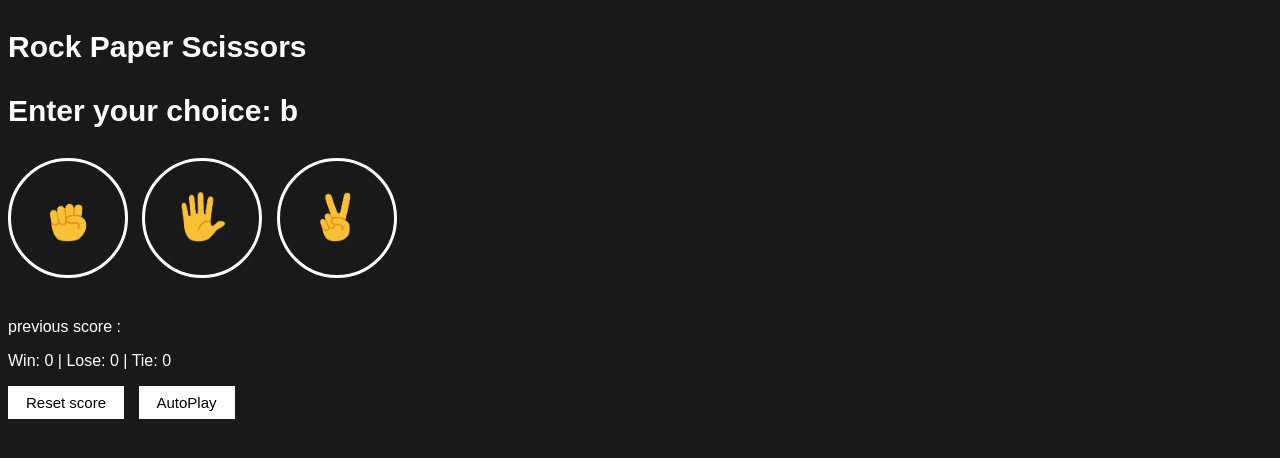
Repository: Gaurav124937/javascript
Page: html/08-rock-paper-scissors-evetlistner.html
The author's editor kept a copy of each file at every save. The page is drawn from the files as they stood at one save, then again after a run of saves.
The browser window is 1280 px wide. The pictures show the whole page.

Above is the page before, as saved 2026-04-06 21:36:01.

After the next 2 saves:
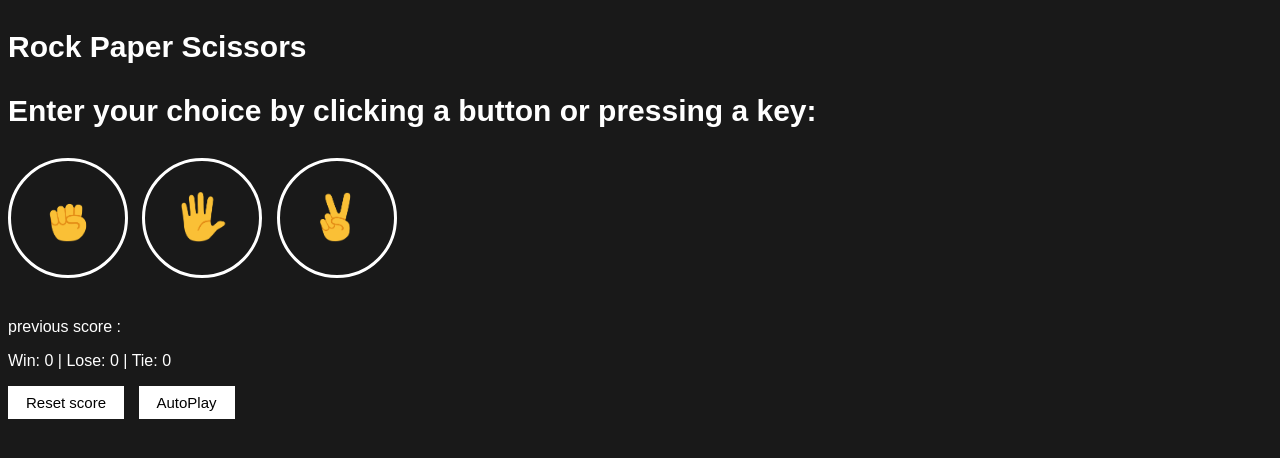
The 2 saves are shown as one change because they came seconds apart.
The last was saved 7 s later.
--- a/html/08-rock-paper-scissors-evetlistner.html
+++ b/html/08-rock-paper-scissors-evetlistner.html
@@ -12,7 +12,7 @@
 
 <body>
     <p class="title">Rock Paper Scissors</p>
-    <p class="title">Enter your choice: b</p>
+    <p class="title">Enter your choice by clicking a button or pressing a key:</p>
     <button  class="game-button rock-button">
         <img src="../images/rock-emoji.png" class="button-emoji"></button>
     <button  class="game-button paper-button">
